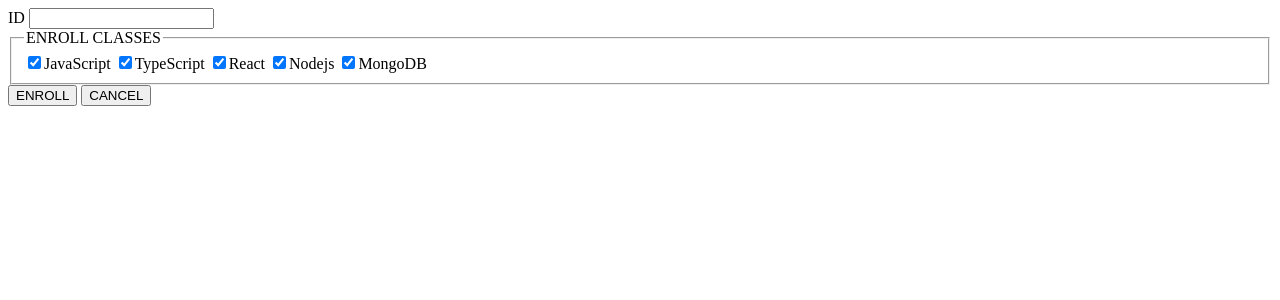
Repository: wonsy1006/servlet
Page: servlet01/src/main/webapp/input.html
These files come from the project's save history. The page is drawn as it stood at one moment and after the next save; the edit follows.
The browser window is 1280 px wide. The pictures show the whole page.

Above is the page before, as saved 2022-09-21 10:30:40.

After the next save:
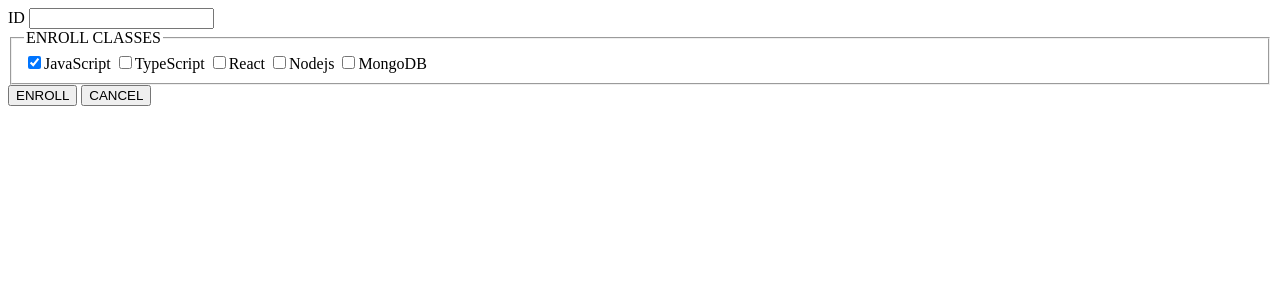
Saved 50 s later.
--- a/servlet01/src/main/webapp/input.html
+++ b/servlet01/src/main/webapp/input.html
@@ -20,11 +20,10 @@
           type="checkbox"
           name="subject"
           value="typescript"
-          checked
         />TypeScript
-        <input type="checkbox" name="subject" value="react" checked />React
-        <input type="checkbox" name="subject" value="nodejs" checked />Nodejs
-        <input type="checkbox" name="subject" value="mongodb" checked />MongoDB
+        <input type="checkbox" name="subject" value="react" />React
+        <input type="checkbox" name="subject" value="nodejs" />Nodejs
+        <input type="checkbox" name="subject" value="mongodb"/>MongoDB
       </fieldset>
       <input type="submit" value="ENROLL" />
       <input type="reset" value="CANCEL" />
